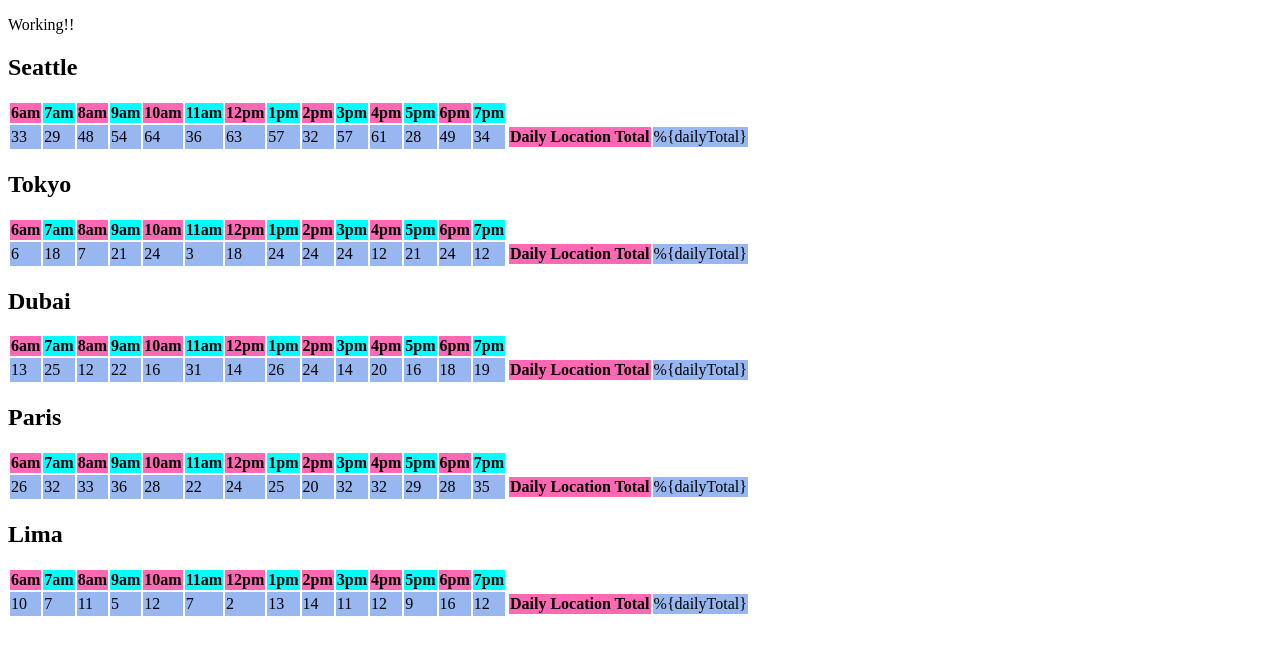
Repository: aaron1986/cookie_stand
Page: sales.html
The author's editor kept a copy of each file at every save. The page is drawn from the files as they stood at one save, then again after the next save.
The browser window is 1280 px wide. The pictures show the whole page.

Above is the page before, as saved 2023-09-26 15:20:01.

After the next save:
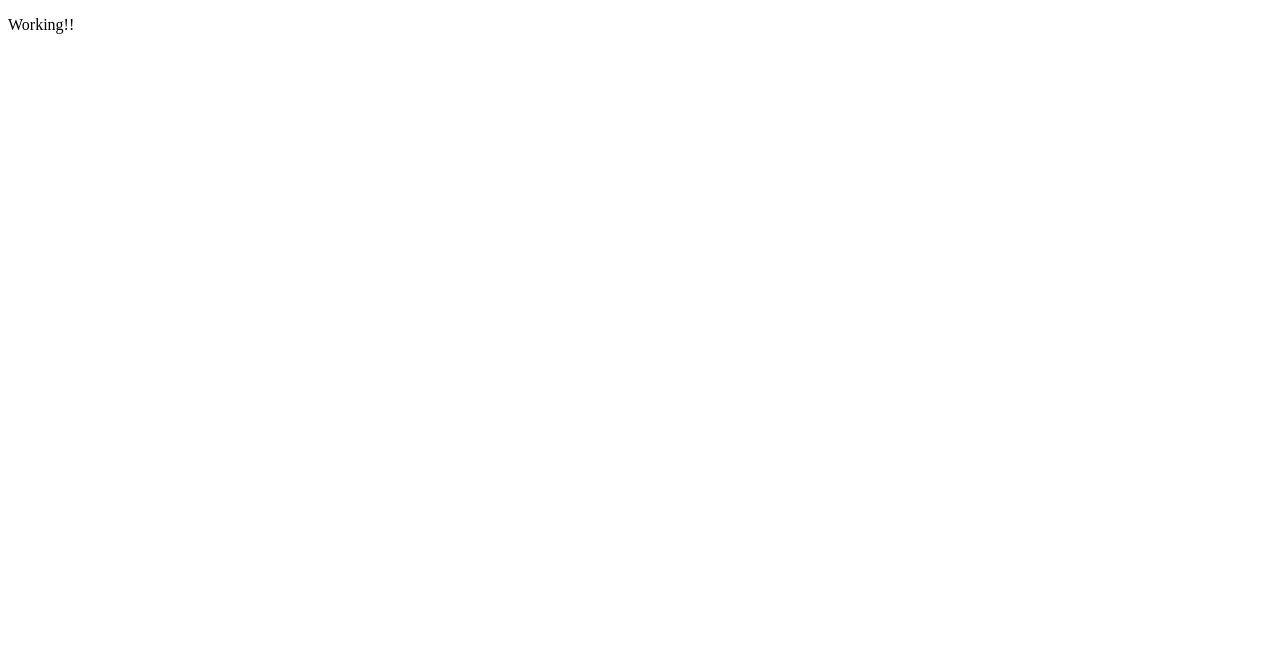
Console error: ReferenceError: dailyTotal is not defined
Saved 17 s later.
--- a/app.js
+++ b/app.js
@@ -91,7 +91,7 @@ function createShopLocation(locationData) {
         }
 
         const td = document.createElement("td");
-        td.textContent = `%{dailyTotal}`;
+        td.textContent = `${dailyTotal}`;
         totalRow.appendChild(td);
         //console.log(dailytotal);
 

After the save that followed:
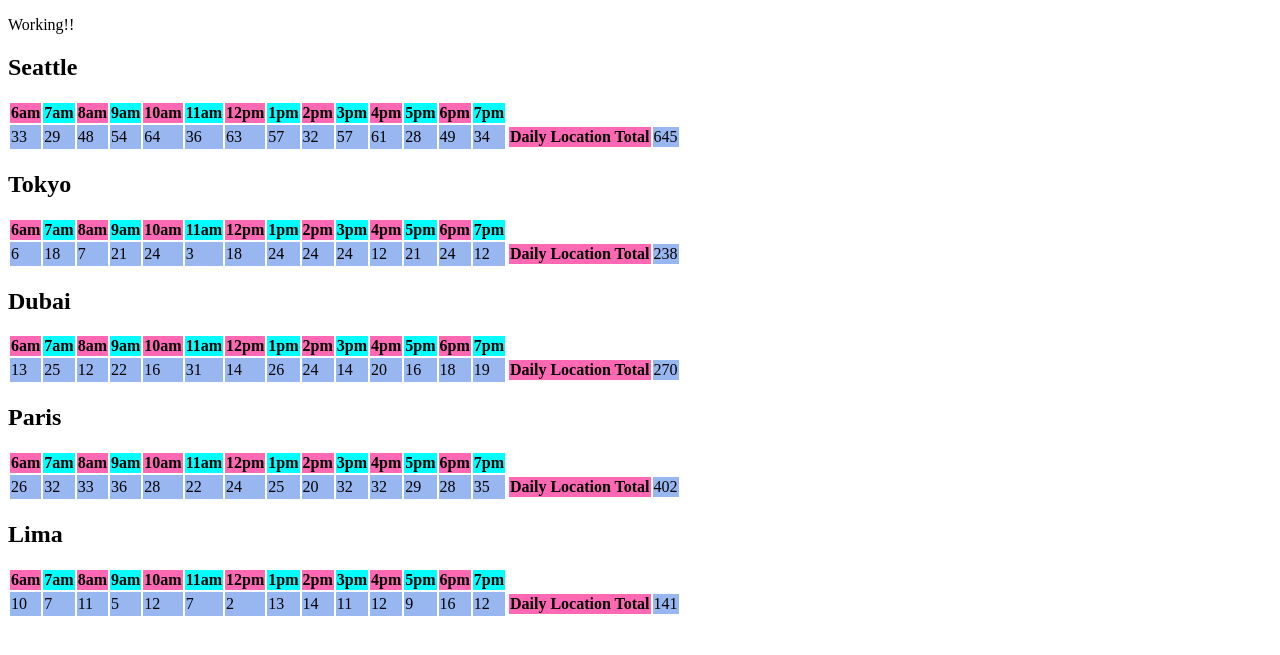
The error is gone.
Saved 24 s later.
--- a/app.js
+++ b/app.js
@@ -85,9 +85,9 @@ function createShopLocation(locationData) {
         totalRow.appendChild(totalCell);
 
 
-        let dailytotal = 0;
+        let dailyTotal = 0;
         for(let i = 0; i < locationData.customersPerHour.length; i++) {
-            dailytotal += locationData.customersPerHour[i];
+            dailyTotal += locationData.customersPerHour[i];
         }
 
         const td = document.createElement("td");
